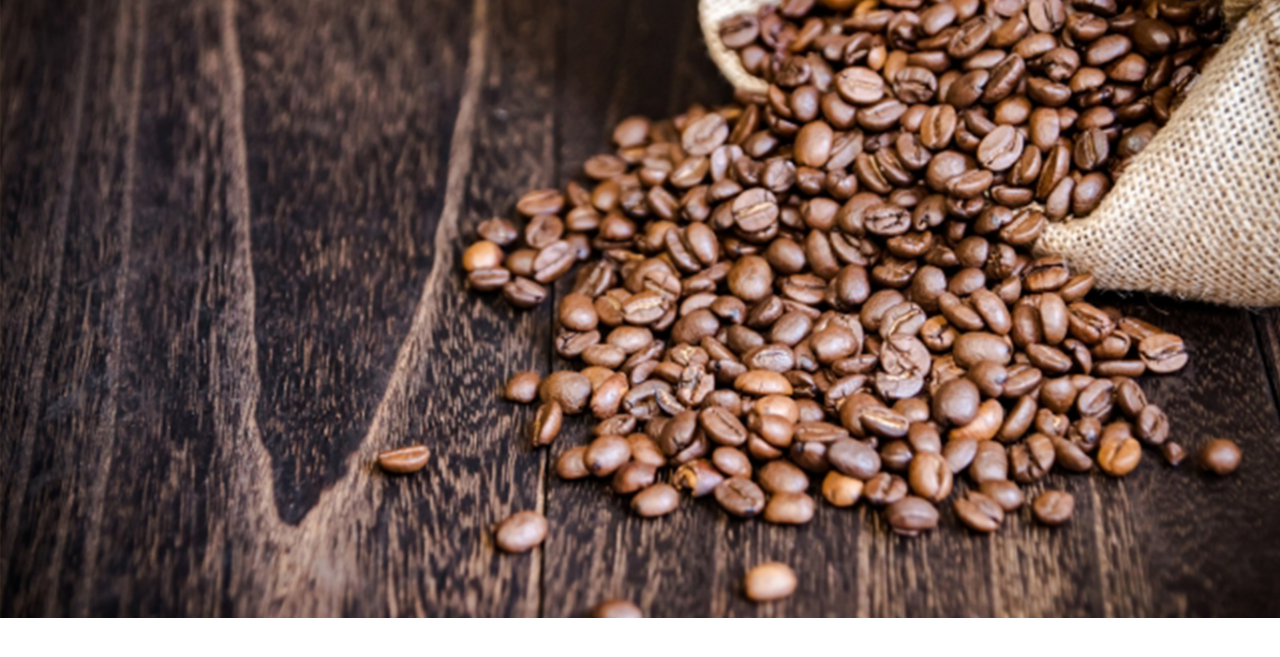
Repository: kuluong2000/coffe
Page: index.html
These files come from the project's save history. The page is drawn as it stood at one moment and after the next save; the edit follows.
The browser window is 1280 px wide. The pictures show the whole page.

Above is the page before, as saved 2021-10-01 15:22:35.

### index.html
<!DOCTYPE html>
<html lang="en">
  <head>
    <meta charset="UTF-8" />
    <meta http-equiv="X-UA-Compatible" content="IE=edge" />
    <meta name="viewport" content="width=device-width, initial-scale=1.0" />
    <link rel="stylesheet" href="./libs/css/bootstrap.min.css" />
    <link rel="stylesheet" href="./libs/css/animate.css" />
    <link rel="stylesheet" href="./libs/css/slick-theme.css" />
    <link rel="stylesheet" href="./libs/css/slick.css" />
    <link rel="stylesheet" href="./Assets/css/reset.css" />
    <link rel="stylesheet" href="./Assets/css/style.css" />
    <link rel="stylesheet" href="./Assets/css/responsive.css" />
    <title>Document</title>
  </head>
  <body>
    <header class="header">
      <div class="container">
        <div class="row">
          <div class="header-main">
            <div class="header-menu">
              <a href="#">
                <img src="./Assets/image/logo.png" alt="" srcset="" />
              </a>
            </div>
            <nav>
              <ul class="header-menu">
                <li class="header-menu-item"><a href="#" class="header-menu-link">Home</a></li>
                <li class="header-menu-item"><a href="#" class="header-menu-link">Our Story</a></li>
                <li class="header-menu-item"><a href="#" class="header-menu-link">Menu</a></li>
                <li class="header-menu-item"><a href="#" class="header-menu-link">Order</a></li>
                <li class="header-menu-item"><a href="#" class="header-menu-link">About Us</a></li>
                <li class="header-menu-item"><a href="#" class="header-menu-link">Contact</a></li>
                <li class="header-menu-item"><a href="#" class="header-menu-link">Cart</a></li>
              </ul>
            </nav>
          </div>
        </div>
      </div>
    </header>
    <main>
      <section class="banner">
        <div class="banner-img">
          <img src="./Assets/image/banner.jpg" alt="" srcset="" />
        </div>
        <div class="container">
          <div class="row">
            <div class="banner-main">
              <div class="banner-content">
                <h1 class="banner-heading">HELLO COFFEE</h1>
                <p class="banner-desc">Lorem ipsum dolor sit amet, consectetur adipiscing elit, sed do eiusmod tempor incididunt ut labore et...</p>
                <a href="#" class="btn"> Read More </a>
              </div>
            </div>
          </div>
        </div>
      </section>
    </main>

    <script src="./libs/Js/jquery-3.5.1.slim.min.js"></script>
    <script src="./libs/Js/bootstrap.min.js"></script>
    <script src="./libs/Js/slick.min.js"></script>
    <script src="./libs/Js/wow.js"></script>
  </body>
</html>

### Assets/css/reset.css
html, body, div, span, applet, object, iframe,
h1, h2, h3, h4, h5, h6, p, blockquote, pre,
a, abbr, acronym, address, big, cite, code,
del, dfn, em, img, ins, kbd, q, s, samp,
small, strike, strong, sub, sup, tt, var,
b, u, i, center,
dl, dt, dd, ol, ul, li,
fieldset, form, label, legend,
table, caption, tbody, tfoot, thead, tr, th, td,
article, aside, canvas, details, embed,
figure, figcaption, footer, header, hgroup,
menu, nav, output, ruby, section, summary,
time, mark, audio, video {
	margin: 0;
	padding: 0;
	border: 0;
	font-size: 100%;
	vertical-align: baseline;
}
/* HTML5 display-role reset for older browsers */
article, aside, details, figcaption, figure,
footer, header, hgroup, menu, nav, section {
	display: block;
}
* {
	box-sizing: border-box;
}
body {
	line-height: 1;
  font-family: 'Muli', sans-serif;


  font-style: normal;
  font-weight: normal;
  font-size: 16px;
  line-height: 32px;
}
ol, ul {
	list-style: none;
}
blockquote, q {
	quotes: none;
}
blockquote:before, blockquote:after,
q:before, q:after {
	content: '';
	content: none;
}
table {
	border-collapse: collapse;
	border-spacing: 0;
}

img {
  max-width: 100%;
	vertical-align: bottom;
}
a {
	outline: none;
}

### Assets/css/style.css
@import url('https://fonts.googleapis.com/css2?family=Lato:ital,wght@0,400;0,700;0,900;1,300;1,400;1,700;1,900&display=swap');
body{
    font-family: 'Lato', sans-serif;
    font-size: 16px;
    line-height: 1.6;
    color: #3d3d3d;
    font-weight: 400;
}
.header{
    position: absolute;
    width: 100%;
    background-color: rgba(0,0,0 , 0.5);
    padding: 20px 0 20px;
}
.header-main{
    display:flex;
    justify-content: space-between;
    align-items: center;
}
.header-menu{
    display:flex;
    justify-content: space-between;
    align-items: center;
}
.header-menu-item{
    list-style-type: none;
}
.header-menu-item:not(:first-child){
    margin-left: 25px;
}
.header-menu-link{
    position: relative;
    color: white;
    text-transform: uppercase;
    text-decoration: none;
    font-size: 12px;
    padding-bottom: 7px;

}
.header-menu-link::before{
    content: '';
    position: absolute;
    bottom: 0;
    left:  0;
    height: 2px;
    width: 100%;
    background-color: #c3a281;
    transform: scale(0);
    transition: 0.5s;
    transform-origin: right;
}
.header-menu-link:hover,
.header-menu-link:hover::before{
    color: #c3a281;
    transform: scale(1);
}
.banner{
    position: relative;
    min-height: 660px;
}
.banner-img{
    position: absolute;
}

### Assets/css/responsive.css
@media (min-width:1400px){
    .container{
        max-width: 1170px;
    }
}

Loaded but not shown: libs/css/bootstrap.min.css (library); libs/css/animate.css (library); libs/css/slick-theme.css (library); libs/css/slick.css (common file); libs/Js/jquery-3.5.1.slim.min.js (library); libs/Js/bootstrap.min.js (library); libs/Js/slick.min.js (library); libs/Js/wow.js (library)

After the next save:
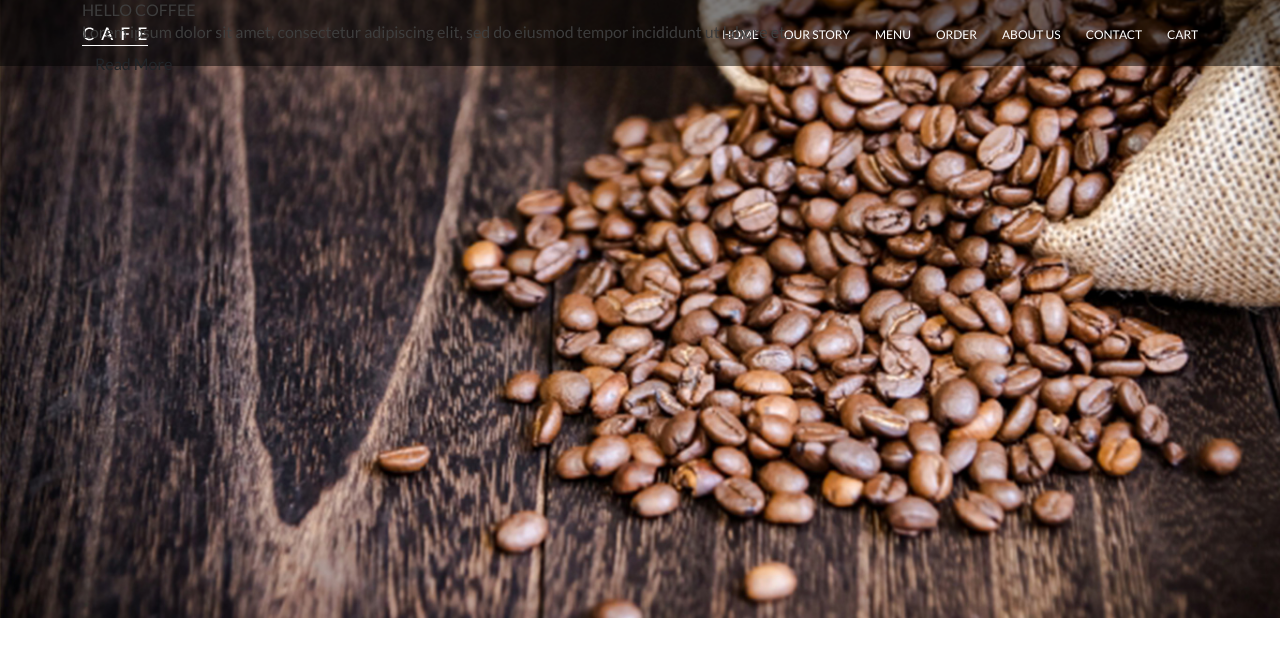
Saved 23 s later.
--- a/Assets/css/style.css
+++ b/Assets/css/style.css
@@ -60,4 +60,7 @@ body{
 }
 .banner-img{
     position: absolute;
+    z-index: -1;
+    object-fit: cover;
+    width: 100%;
 }
